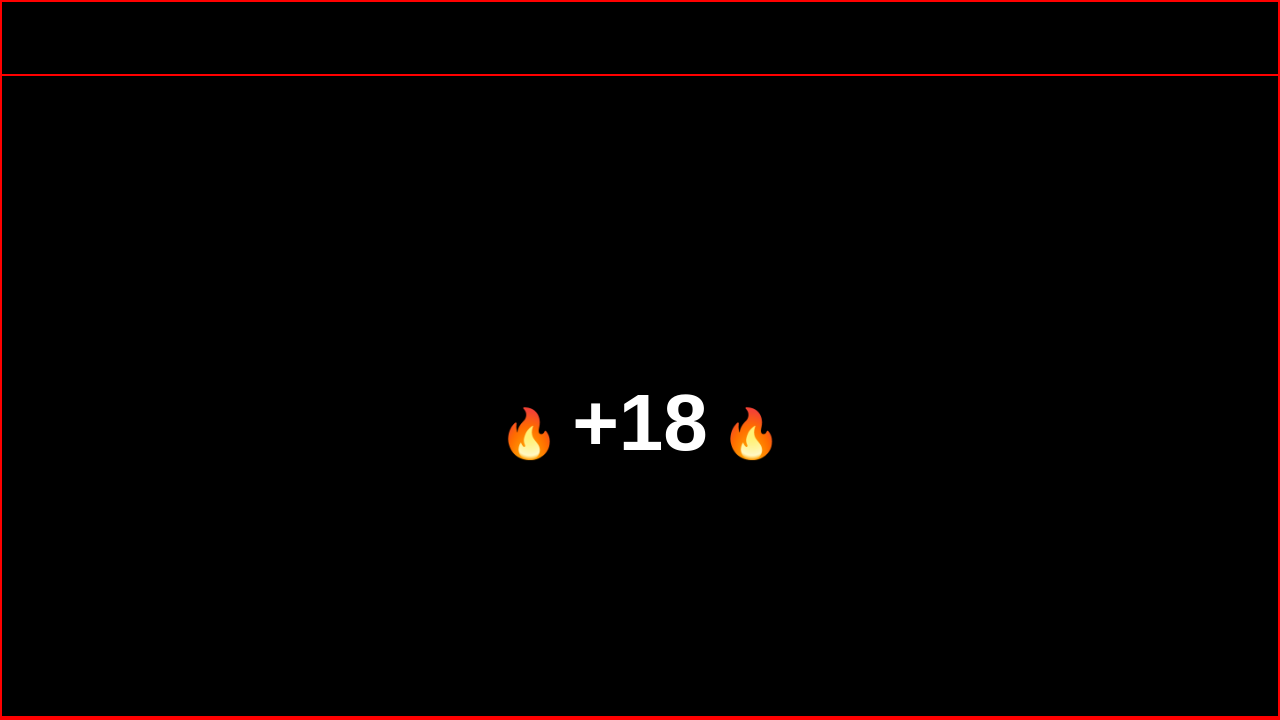
Repository: odiloalmeida/inever
Page: index.html
The author's editor kept a copy of each file at every save. The page is drawn from the files as they stood at one save, then again after the next save.
The browser window is 1280 px wide. The pictures show the whole page.

Above is the page before, as saved 2023-01-31 22:27:21.

### index.html
<!DOCTYPE html>
<html lang="en">
<head>
    <meta charset="UTF-8">
    <meta http-equiv="X-UA-Compatible" content="IE=edge">
    <meta name="viewport" content="width=device-width, initial-scale=1.0">
    <link rel="icon" type="image/svg+xml" href="https://cdn-icons-png.flaticon.com/512/5181/5181956.png" />
    <link rel="stylesheet" href="./style.css">
    <title>18+ I Never</title>

</head>

<body>
    <div>
        <h1>EU NUNCA</h1>
    </div>
    <button id="myButton" onclick="changeButtonName()">
        <br>
        <span3>&#128293</span3>
        <span2>+18</span2>
        <span3>&#128293</span3>
    </button>
</body>

<script>

    function changeButtonName() {
        var button = document.getElementById("myButton");

        var names = ["Beijei alguém dessa turma",
        "Senti atração por alguém dessa turma",
        "Tomei banho pelado na praia/piscina",
        "Fiquei com um professor",
        "Fiquei com um amigo e me arrependi",
        "Fiquei com um amigo e não disse pra ninguém",
        "Menti sobre ter ficado com uma pessoa",
        "Bebi tanto que beijei alguém que não queria",
        "Bebi tanto que esqueci tudo no outro dia",
        "Vi um nudes de alguém dessa turma",
        "Desejei o namorado(a) de um amigo",
        "Fiquei com alguém por interesse",
        "Acelerei o ato sexual por que o oral estava ruim",
        "Bebi pra ter coragem de chegar numa pessoa",
        "Transei na escola ou faculdade",
        "Transei no chão",
        "Fiz sexo oral enquanto a pessoa trabalhava",
        "Fiz sexo oral enquanto a pessoa dirigia",
        "Usei fantasias sexuais",
        "Usei plug anal",
        "Usei um vibrador",
        "Fiquei com alguém depois neguei pra todo mundo",
        "Disse pra uma pessoa que a amava sem amar",
        "Transei no carro",
        "Broxei no meio do ato sexual",
        "Desisti de ficar com uma pessoa por que ela estava fedendo",
        "Fui chupar e estava fedendo muito e desisti",
        "Me masturbei depois do ato sexual por que não conseguir “chegar lá” com o parceiro",
        "Fiquei com dois amigos ao mesmo tempo sem eles saberem",
        "Parei o ato sexual para ir fazer xixi",
        "Fiz a chuca",
        "Transei na rua",
        "Paguei por sexo",
        "Fiz sexo por dinheiro",
        "Dei um beijo triplo",
        "Voltaria com um ex",
        "Fiquei com uma pessoa em um lugar e logo em seguida fui para outro lugar ficar com outra",
        "Tirei fotos pelado(a)",
        "Fiquei com alguém para fazer ciúme a outro",
        "Sofri por amor",
        "Sofri por ficante",
        "Espiei alguém tomando banho",
        "Tomei banho com alguém",
        "Enfiei o dedo no orifício de alguém (kkkk)",
        "Eu nunca fiquei com um amigo do meu amigo eme arrependi",
        "Eu nunca tive uma DST",
        "Eu já desejei a mãe de um amigo",
        "Eu já desejei o pai de um amigo",
        "Já beixei alguém do mesmo sexo",
        "Já deixei chuparem minha porta dos fundos",
        "Já questionei a minha sexualidade",
        "Já fiz goldenshower",
        "Já desisti do sexo quando vi o tamanho do instrumento",
        "Fumei um",
        "Cheirei cocaina",
        "Usei LSD",
        "Passei comida no parceiro",
        "Troquei o nome da pessoa na hora H",
        "Fiquei com uma pensando em outra",
        "Fatei aula pra ficar com alguém",
        "Menti nesse jogo",
        "Disse que estava doente para nao transar",
        "Fiquei com professor",
        "Fiquei com alguém por gratidão",
        "Tive tara em mãos",
        "Tive tara em pés",
        "Tive tara em ruivas",
        "Fui amordaçado",
        "Fui algemado",
        "Fui chicoteado",
        "Bati de mais em alguém na hora H e fiquei com medo",
        "Vomitei na hora H",
        "Fiz sexo na praia",
        "Fiz sexo na moto",
        "Fiz sexo na bicicleta",
        "Chupei outro por tabela",
        "Fiz oral em um e depois beijei a boca de outro",
        "Transei com 2 ao mesmo tempo",
        "Transei com mais de 3 ao mesmo tempo",
        "Ja fiquei com duas pessoas do mesmo sexo, ao mesmo tempo",
        "Cherei loló",
        "Fumei cigarro",
        "Tive como alcoólico",
        "Tive amnésia alcoólica",
        "Dormi bebado no chão",
        "Mijei em mim, estando bebado",
        "Vomitei em mim, estando bebado",
        "Beijei alguém que eu odiava",
        "Fiquei com um Ex antigo e me arrependi (Foi horrível)",
        "Tive flashback com mais de um EX",
        "Tive um PA",
        "Fiquei com um(a) PM",
        "Subi numa mesa bebado",
        "Fiquei com alguém da boca podre",
        "Já caguei o pau (literalmente)",
        "Já cai de bicicleta",
        "Quebrei um osso (Beba uma dose por osso)",
        "Já talariquei mulher de amigo (Uma dose por mulher)",
        "Já talariquei marido de amiga (Uma dose por homem)",
        "Já beijei um mendigo",
        "Já fiz dentro do mar",
        "Ja fiz dentro do tanque",
        "Pedi alguém em casamento",
        "Já me juntei com conjugue",
        "Já fui CORNO(A)",
        "Atirei com arma de fogo",
        "Dê uma pausa de 15min, para não embriagar",
        "Durei menos de 2 min no sexo",
        "Fiz gosar em menos de 2min",
        "Pensei em me prostituir",
        "Tomei remédio TARJA PRETA",
        "Quando de maior, senti atração por 15-",
        "Dormi sujo",
        "Passei o dia sem tomar banho",
        "Passei dois dias sem tomar banho",
        "Passei mais de 36h acordado",
        "Levei pão de manhã para casa, após o rolê",
        "Bebi mais de 2L em uma noite",
        "Desejei minha cunhada",
        "Transei com alguém na escada",
        "Já botei atrás  depois na frente",
        "Cai da arvore",
        "Me feri gravemente",
        "Imaginei alguém dessa turma pelado",
        "Usei camisinha com sabores",
        "Limbei a bunda e olhei o papel higienico",
        "Transei no cinema",
        "Flertei com o garçom",
        "Beijei um primo(a)",
        "Transei com um primo(a)",
        "Sonhei que estava pelado em público",
        "Transei na chuva",
        "Dormir de conchinha na chuva",
        "Fiz punheta / siririca coletiva",
        "Me masturbei pensando em alguém da roda",
        "Vi nude de alguém da roda",
        "Enviei nude errado",
        "Peguei alguém no elevador",
        "Falei que o sexo foi bom, quando na verdade foi uma merda",
        "Gosei dentro com camisinha",
        "Conversando com o penis do meu namorado",
        "Fiz espanhola",
        "Transei com alguém que participou desse jogo agora",
        "Transei com um médico",
        "Transei com um entregador",
        "Transei com enfermeiro(a)",
        "Transei com Advogado(a)",
        "Transei com Fisioterapeuta",
        "Transei com agente de saúde",
        "Transei com personal trainer",
        "Fiz sexo rapido para dormir logo",
        "Transei numa contrução",
        "Transei numa casa abandonada",
        "Transei na rede",
        "Transei na cadeira",
        "Transei no sofá",
        "Transei em local público",
        "Tive sonhos eróticos com alguém dessa roda",
        "Fui em um motel e não transei",
        "Criei passarinho",
        "Chupei alguém com algum amigo vendo",
        "Fui voyeur",
        "Transei num posto de saúde",
        "Transei no quintal de casa",
        "Transei no telhado",
        "Terminei com uma pessoa por mensagem",
        "Terminaram comigo por mensagem",
        "Fiz Topless na praia",
        "Usei gelo na cama",
        "Usei halls na cama",
        "Sai sem calcinha para provocar alguém",
        "Malhei sem calcinha",
        "Fingi prazer",
        "Fingi simpatia para conquistar uma pessoa",
        "Fiz cosplay de rico",
        "Banquei a coitadinha para ganhar algo em troca",
        "Sai sem pagar a conta",
        "Levei o copo de um bar",
        "Caguei num banheiro quimico",
        "Dirigi bebado",
        "Ouvi alguém transando",
        "Fui pego me masturbando",
        "Fui pego na hora H pelos meus familiares ou amigos",
        "Transei assistindo porno",
        "Tive ressaca moral",
        "Chorei enquanto transava",
        "Pedi parar porque estava doendo",
        "Enforqueia até quase desmaiar",
        "Transei em uma banheira",
        "Beijei a pessoa querendo a do lado",
        "Beijei um feio(a)",
        "Beijei um(a) 10/10",
        "Nunca chupei dois ao mesmo tempo",
        "Matei aula para fumar um",
        "Matei aula para transar",
        "Quebrei uma cama enquanto transava",
        "Cai da cama enquanto transava",
        "Fiquei orgulhoso do meu desempenho",
        "Fiquei triste com meu desempenho",
        "Tentaram arrancar minh lingua",
        "Já beijei um desesperado, que quase me engole",
        "Bebi do copo de um estranho e tinha droga"




        ];

        var randomName = names[Math.floor(Math.random() * names.length)];
        button.innerHTML = randomName;
    }

</script>

</html>

### style.css
* {
    padding: 0;
    margin: 0;
    box-sizing: border-box;
}

body {
    width: 100vw;
    height: 100vh;
    background-color: #000;
    display: flex;
    flex-direction: column;
    align-items: center;
    justify-content: center;
    border: red 2px solid;
}

div {
    width: 100%;
    height: 10vh;
}

button {
    background-color: transparent;
    height: 90vh;
    width: 100vw;
    border: red 2px solid;
    font-weight: bold;
    font-size: 3rem;
    padding: 5px;
    color: #f1f1f1;
}

button span {
    background-image: linear-gradient(to bottom,#800000,#8B0000, red, yellow);
    background-clip: text;
    -webkit-background-clip: text;
    -webkit-text-fill-color: transparent;
    color: black;
    font-size: 3.3rem;
    font-weight: 900;
}

button span2 {
    color: #fff;
    font-size: 5rem;
}

After the next save:
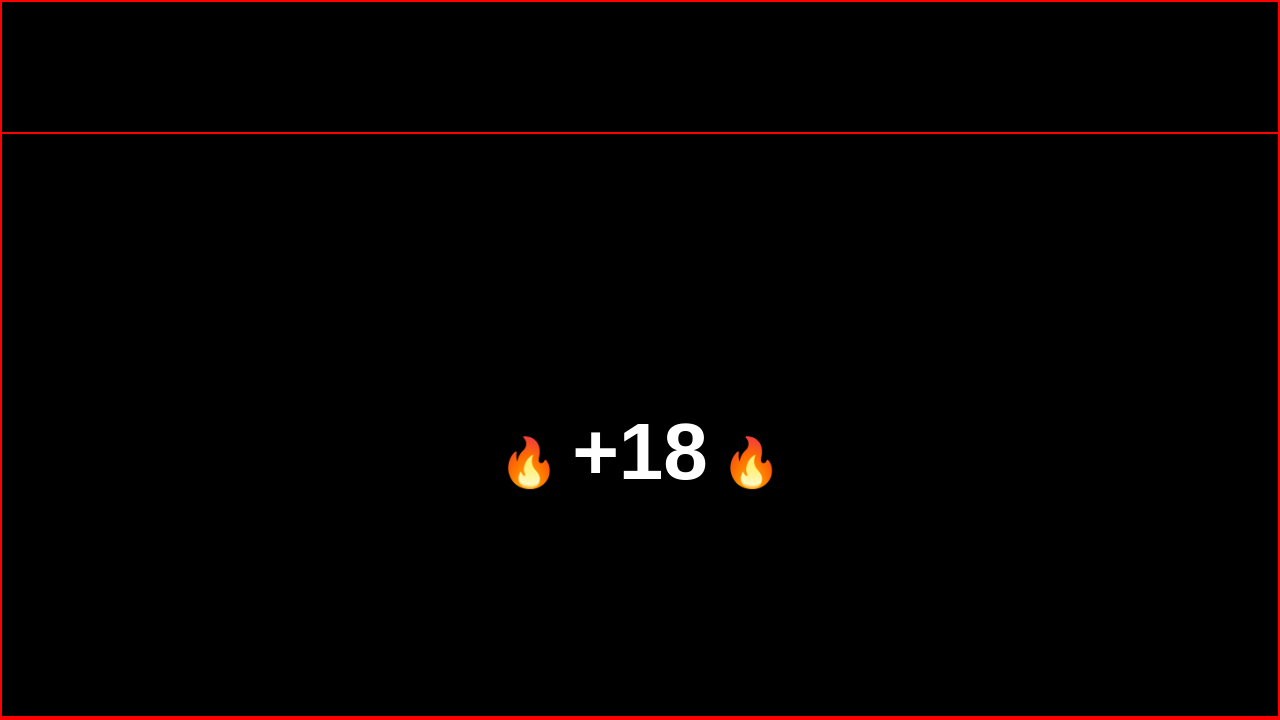
Saved 7 s later.
--- a/style.css
+++ b/style.css
@@ -17,7 +17,7 @@ body {
 
 div {
     width: 100%;
-    height: 10vh;
+    height: 20vh;
 }
 
 button {
